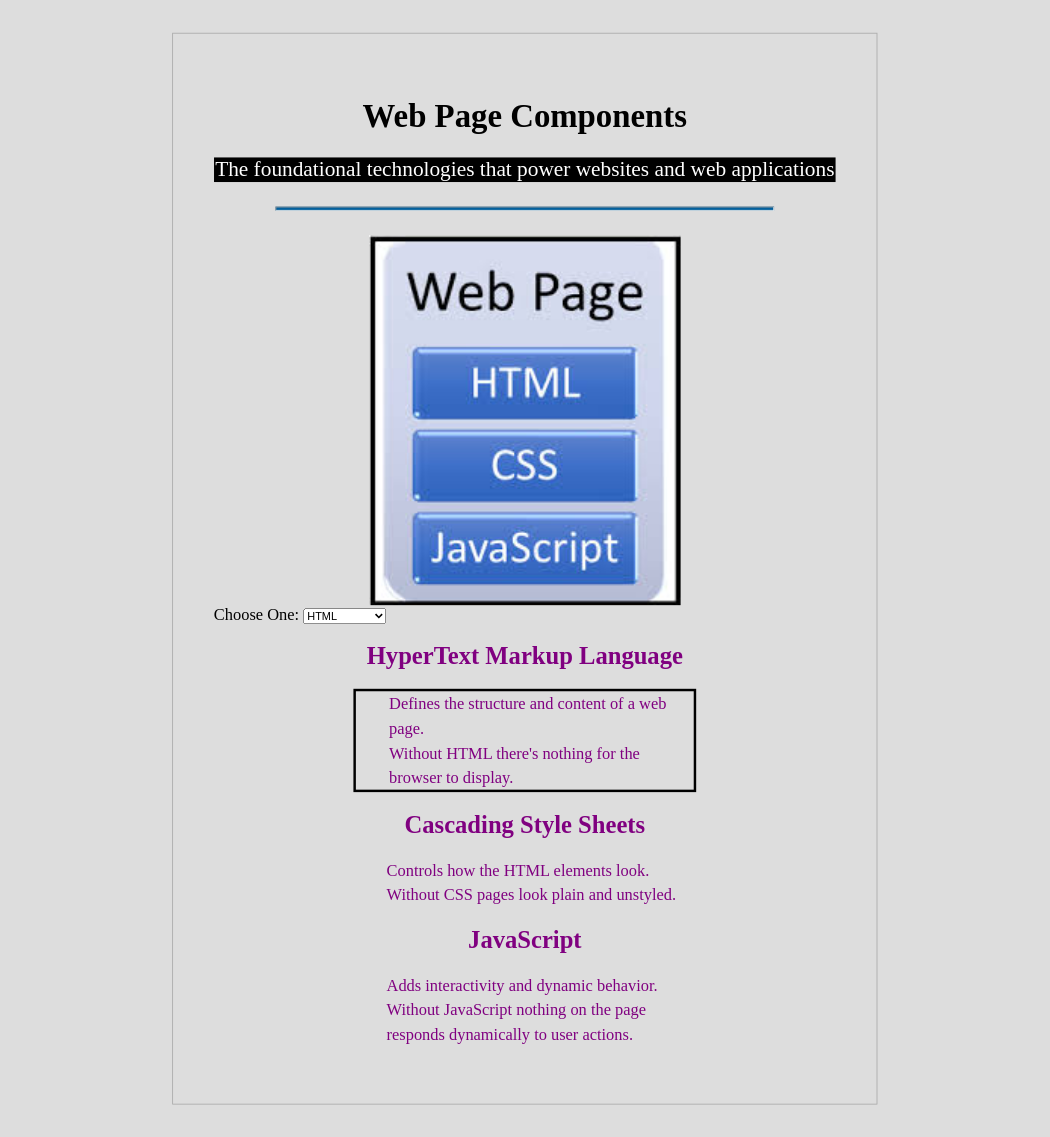
Repository: auqs/wdd131
Page: docs/ponder/dom.html
The author's editor kept a copy of each file at every save. The page is drawn from the files as they stood at one save, then again after the next save.
The browser window is 1280 px wide. The pictures show the whole page, at 82% of full size.
After loading, the first visible `#webdevlist` was changed once.

Above is the page before, as saved 2026-05-01 15:44:51.

After the next save:
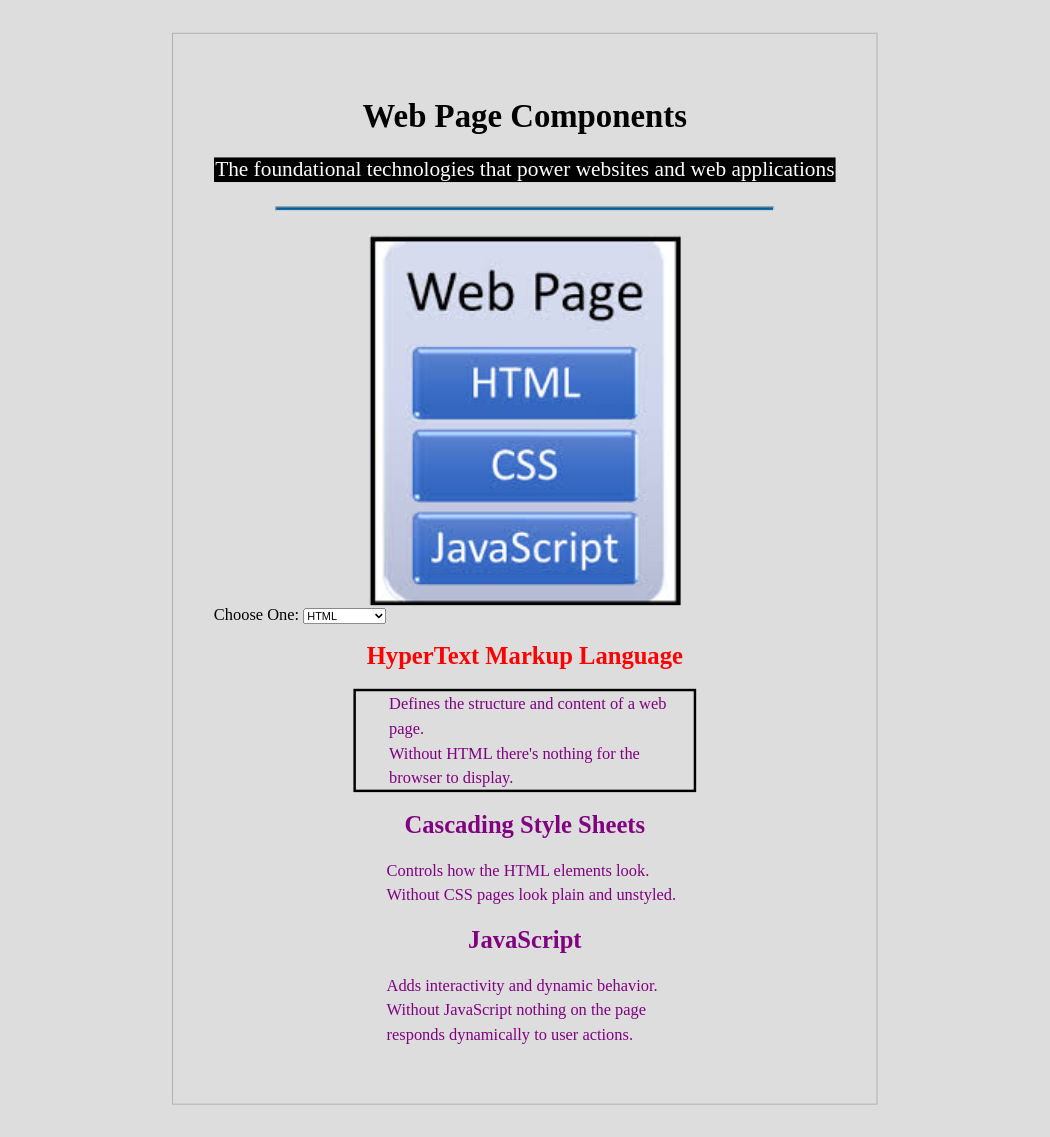
Saved 37 s later.
--- a/docs/ponder/dom.js
+++ b/docs/ponder/dom.js
@@ -31,4 +31,5 @@ let selectElem = document.getElementById('webdevlist');
 selectElem.addEventListener('change', function(){
     let codeValue = selectElem.value;
     console.log(codeValue);
+    document.getElementById(codeValue).style.color = 'red';
 })
